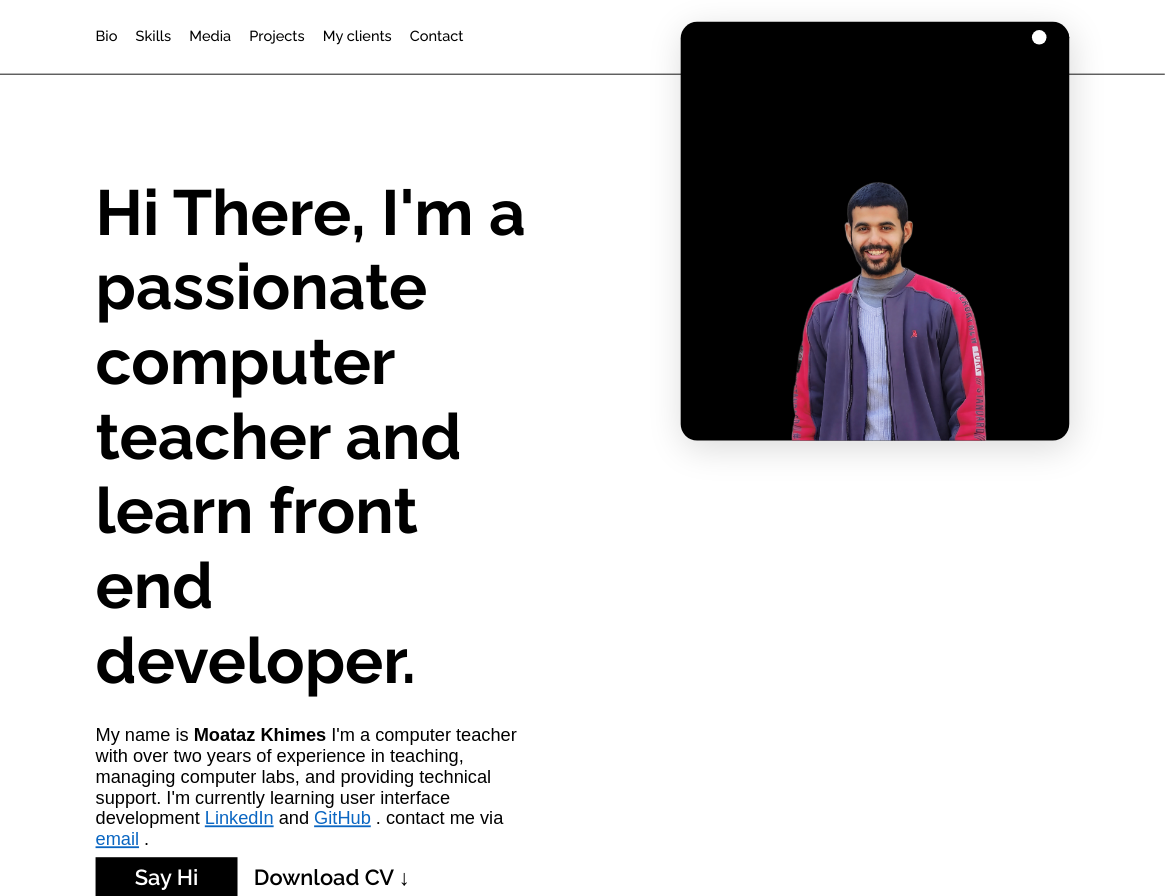
Repository: moataz305G/Personal-website
Page: index.html
The author's editor kept a copy of each file at every save. The page is drawn from the files as they stood at one save, then again after the next save.
The browser window is 1280 px wide. The pictures show the whole page, at 91% of full size.

Above is the page before, as saved 2025-12-13 10:27:27.

### index.html
<!DOCTYPE html>
<html lang="en">
  <head>
    <meta charset="UTF-8" />

    <meta name="viewport" content="width=device-width, initial-scale=1.0" />
    <link rel="preconnect" href="https://fonts.googleapis.com" />
    <link rel="preconnect" href="https://fonts.gstatic.com" crossorigin />
    <link
      href="https://fonts.googleapis.com/css2?family=Raleway:ital,wght@0,100..900;1,100..900&display=swap"
      rel="stylesheet"
    />

    <link rel="stylesheet" href="Style.css" />
    <title class="title">Moataz khimes</title>
  </head>
  <body>
    <div class="container">
      <header class="header">
        <nav class="navigation">
          <ul class="navigation__list">
            <li><a href="#" class="navigation__link">Bio</a></li>
            <li><a href="#" class="navigation__link">Skills</a></li>
            <li><a href="#" class="navigation__link">Media</a></li>
            <li><a href="#" class="navigation__link">Projects</a></li>
            <li><a href="#" class="navigation__link">My clients</a></li>
            <li><a href="#" class="navigation__link">Contact</a></li>
          </ul>
        </nav>

        <div class="toggle">
          <h3 class="toggle__title">Switch Theme</h3>
          <input
            type="checkbox"
            name="toggle checkbox"
            id="toggle"
            class="toggle__checkbox"
          />
          <label for="toggle" class="toggle__label"></label>
        </div>
      </header>

      <section id="bio" class="bio section">
        <div class="bio__content">
          <h1 class="bio__heading">
            Hi There, I'm a passionate computer teacher and learn front end
            developer.
          </h1>
          <p class="bio__objeactive">
            My name is <span class="bio__name">Moataz Khimes</span>
            I'm a computer teacher with over two years of experience in
            teaching, managing computer labs, and providing technical support.
            I'm currently learning user interface development
            <a
              href="https://www.linkedin.com/in/moataz-khimes-53586223b/"
              class="bio__linkedin"
              >LinkedIn</a
            >
            and
            <a href="https://github.com/moataz305G" class="bio__github"
              >GitHub</a
            >
            . contact me via
            <a href="mutazkhmes@gmail.com" class="bio__email">email</a>
            .
          </p>
          <a href="#" class="bio__links say-hi-link">Say Hi</a>
          <a href="#" class="bio__links find-out-link"
            >Download CV <span class="bio__arrow">↓</span></a
          >
        </div>
        <div class="bio__pic-content">
          <img
            class="bio__pic"
            src="images/personal-pic.png"
            alt="image of moataz khimes"
          />
        </div>
      </section>
    </div>
  </body>
</html>

### Style.css
:root {
  --container-width: 119rem;
  --guter: 6rem;

  --color-black: #000;
  --color-white: #fff;
  --color-blue: #2374e1;
  --color-lite-blue: #1d9bf0;
  --color-dark-blue: #0a66c2;
  --color-darker-blue: #143ce8;
  --color-red: #ff0000;
  --color-green: #03a696;
  --color-gray: #f6f6f6;
  --color-dark-green: #42959b;

  --color-background: var(--color-white);
  --color-text: var(--color-black);
  --color-box-img: var(--color-black);
  --color-link-bg: var(--color-black);
  --color-input-border: var(--color-black);

  --font-family-raleway: "Raleway", sans-serif;
  --font-family-poppins: "Poppins", sans-serif;

  --font-weight-regular: 400;
  --font-weight-medium: 500;
  --font-weight-semi-bold: 600;
  --font-weight-bold: 700;

  --font-size-70: 7rem;
  --font-size-65: 6.5rem;
  --font-size-40: 4rem;
  --font-size-38: 3.8rem;
  --font-size-24: 2.4rem;
  --font-size-22: 2.2rem;
  --font-size-20: 2rem;
  --font-size-18: 1.8rem;
  --font-size-15: 1.5rem;

  --transition-timing: 0.3s;
}
/* CSS Reset */
* {
  margin: 0;
  padding: 0;
}

*,
*::after,
*::before {
  box-sizing: border-box;
}

a {
  color: inherit;
  display: inline-block;
}

button {
  background-color: transparent;
  border: none;
  cursor: pointer;
}

ul,
ol {
  list-style: none;
}
/* END CSS Reset */
html {
  font-size: 62.5%;
  scroll-behavior: smooth;
  scroll-padding-top: 11rem;
}

body {
  font-size: 1.6rem;
  font-family: var(--font-family-raleway);
  background-color: var(--color-background);
  color: var(--color-text);
}

.container {
  display: grid;
  row-gap: 11rem;
  padding: 0 var(--guter);
  max-width: var(--container-width);
  margin: 0 auto;
}
header {
  position: relative;
  padding: 3rem 0;
  display: flex;
  justify-content: center;
  z-index: 0;
}
.header::before {
  content: "";
  position: absolute;
  height: 100%;
  width: 100vw;
  border-bottom: 0.1rem solid var(--color-black);
  top: 0;
  z-index: -1;
}

.navigation__list {
  display: flex;
  gap: 2rem;
}
.navigation__link:link,
.navigation__link:visited {
  text-decoration: none;
  font-weight: var(--font-weight-medium);
}
.navigation__link:hover,
.navigation__link:active {
  text-decoration: underline;
  color: var(--color-text);
}

/* Toggle */
.toggle {
  display: flex;
  gap: 1rem;
  margin-left: auto;
}
.toggle__title {
  font-weight: var(--font-weight-medium);
  font-size: var(--font-size-18);
}

.toggle__checkbox {
  display: none;
}

.toggle__label {
  display: block;
  position: relative;
  background-color: var(--color-black);
  border-radius: 1.5rem;
  width: 4.5rem;
  height: 2.2rem;
  cursor: pointer;
  padding: 0.3rem 0.4rem;
  transition: 0.3s;
}

.toggle__label::after {
  content: "";
  display: block;
  width: 1.6rem;
  height: 1.6rem;
  border-radius: 50%;
  background-color: var(--color-white);
  transition: 0.3s;
}

.toggle__checkbox:checked + .toggle__label {
  background-color: var(--color-white);
}
.toggle__checkbox:checked + .toggle__label::after {
  transform: translateX(2.1rem);
  background-color: var(--color-green);
}

/* End Toggle */

.section {
  display: grid;
  grid-template-columns: repeat(2, auto);
  align-items: start;
}

/* Bio */
.bio {
  grid-gap: 7.4rem;
  grid-template-columns: repeat(2, 1fr);
}

.bio__heading {
  font-size: var(--font-size-70);
  font-weight: var(--font-weight-bold);
}

.bio__objeactive {
  font-family: var(--font-family-poppins);
  font-weight: var(--font-weight-regular);
  font-size: var(--font-size-20);
  margin: 3rem 0 0.8rem;
}

.bio__name {
  font-weight: var(--font-weight-semi-bold);
}
.bio__linkedin,
.bio__github,
.bio__email {
  color: var(--color-dark-blue);
}

.bio__links {
  font-size: 2.4rem;
  font-weight: var(--font-weight-semi-bold);
  text-decoration: none;
}

.say-hi-link {
  background-color: var(--color-link-bg);
  color: var(--color-white);
  padding: 0.7rem 4.3rem;
}

.find-out-link {
  padding: 0.7rem 0;
  margin-inline-start: 1.4rem;
}

@keyframes jump {
  0% {
    transform: translatey(0.5rem);
  }
  35% {
    transform: translatey(-0.5rem);
  }
  70% {
    transform: translatey(0);
  }
  100% {
    transform: translatey(0);
  }
}

.bio__arrow {
  display: inline-block;
  animation: jump 1s infinite alternate ease-in-out;
}

.bio__pic-content {
  display: flex;
  position: relative;
  align-items: flex-end;
  justify-self: end;
}

.bio__pic-content::before {
  content: "";
  position: absolute;
  background-color: var(--color-box-img);
  width: 100%;
  height: 46rem;
  border-radius: 1.8rem;
  z-index: -1;
  box-shadow: 2.17543px 8.7017px 38.0669px rgba(0, 0, 0, 0.15);
}
.bio__pic {
  width: 42.7rem;
}

After the next save:
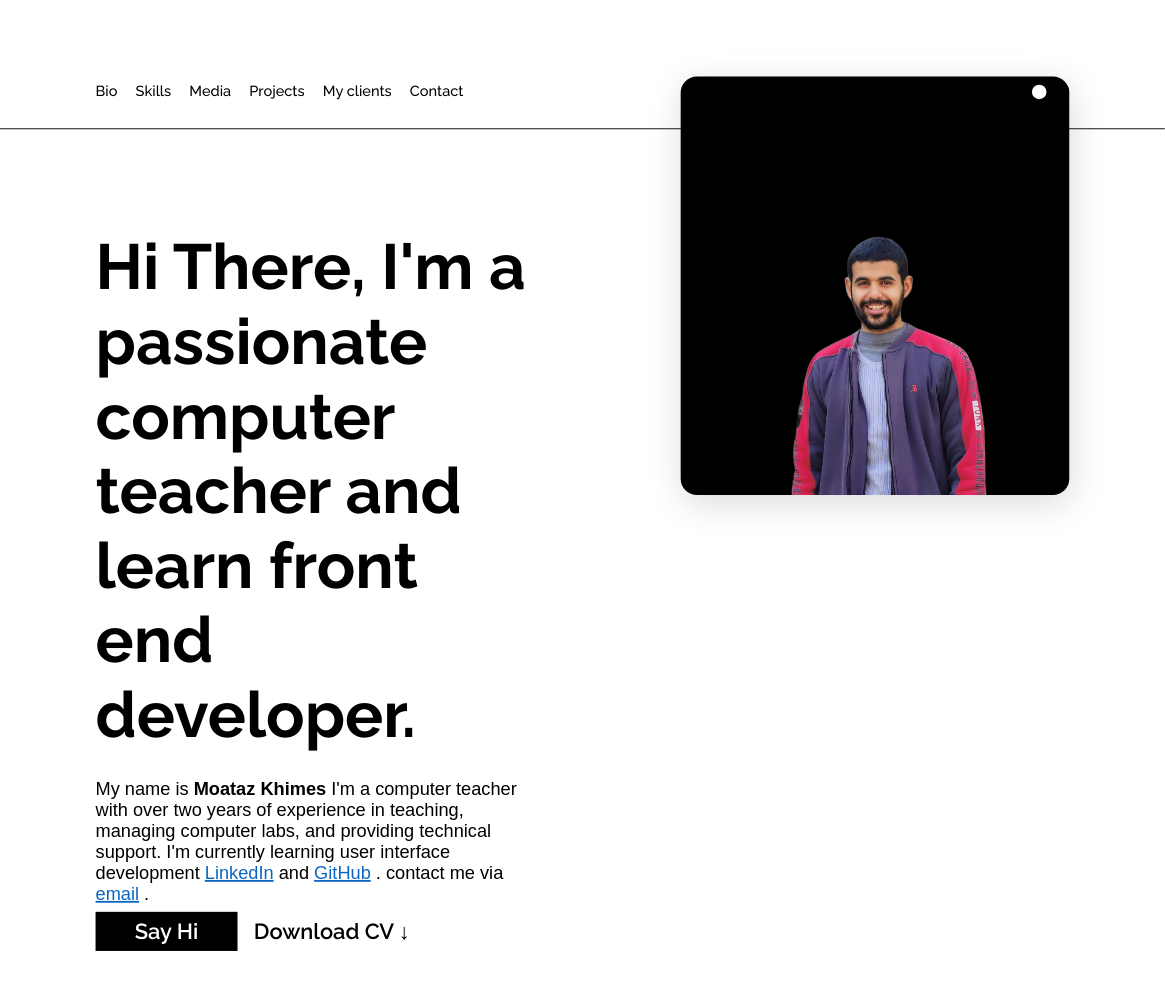
Saved 23 s later.
--- a/Style.css
+++ b/Style.css
@@ -83,7 +83,7 @@
 .container {
   display: grid;
   row-gap: 11rem;
-  padding: 0 var(--guter);
+  padding: var(--guter);
   max-width: var(--container-width);
   margin: 0 auto;
 }

After the save that followed:
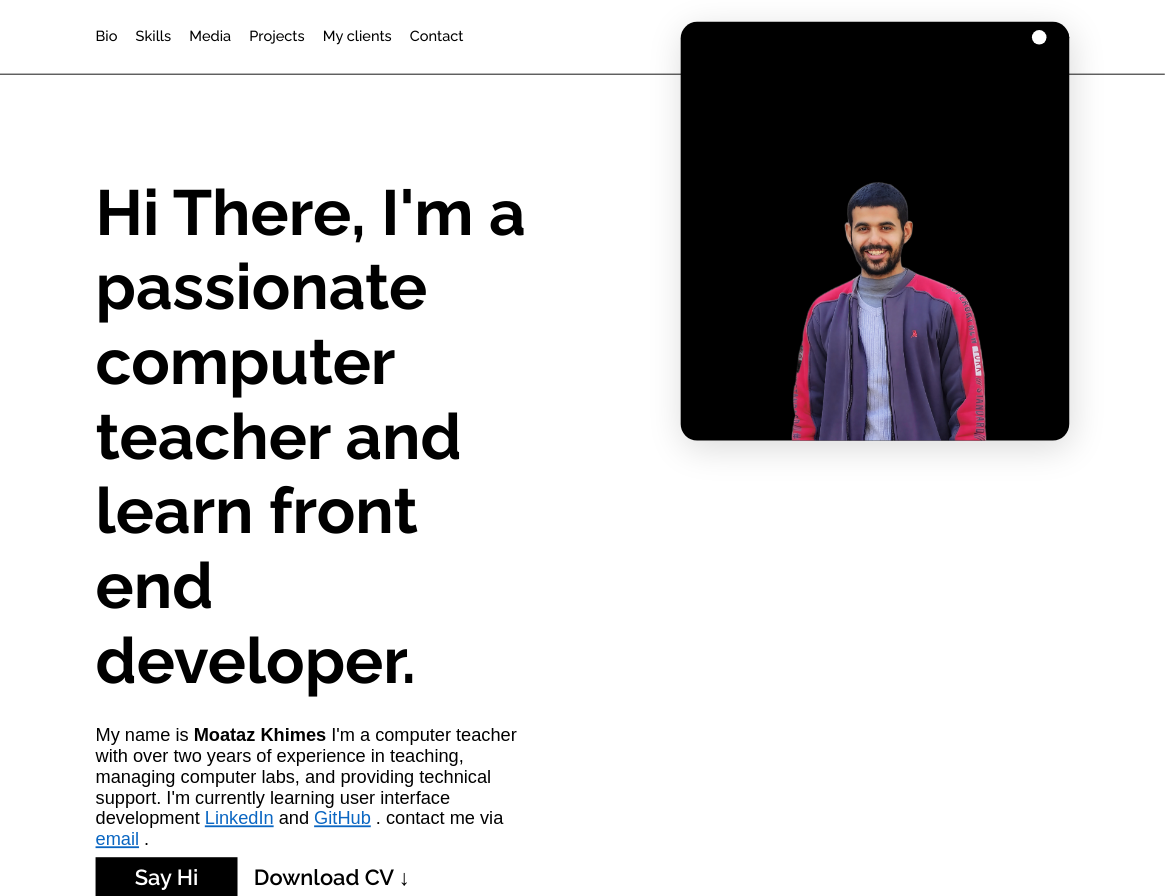
Saved 36 s later.
--- a/Style.css
+++ b/Style.css
@@ -83,7 +83,7 @@
 .container {
   display: grid;
   row-gap: 11rem;
-  padding: var(--guter);
+  padding-inline: var(--guter);
   max-width: var(--container-width);
   margin: 0 auto;
 }
